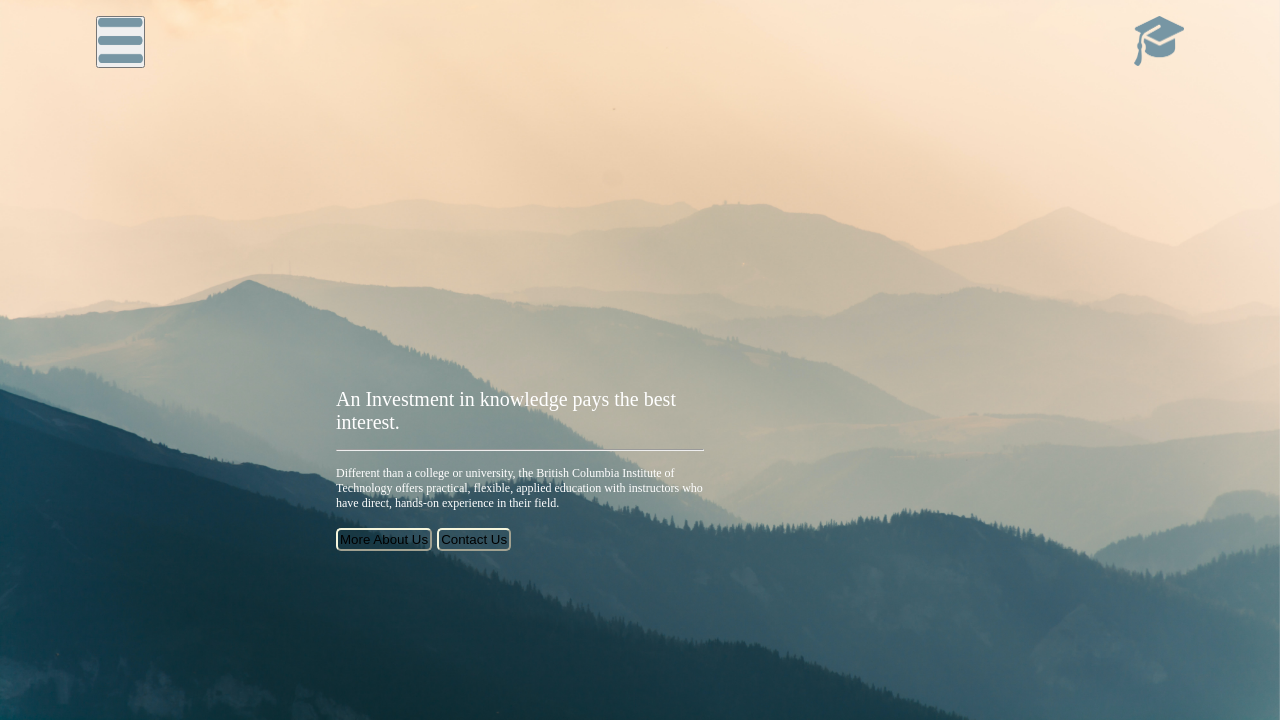
Repository: anoncoderin/assignment01-withCarousel-Madhu
Page: /
The author's editor kept a copy of each file at every save. The page is drawn from the files as they stood at one save, then again after the next save.
The browser window is 1280 px wide. The pictures show the whole page.
The project was rebuilt for these pictures with package versions that can differ from the ones it lists, and the page was loaded fresh each time. The framework's server and built-in components were replaced by stand-ins that run in the browser. Also part of the build but not shown: next.config.js.

Above is the page before, as saved 2023-02-01 22:37:55.

### pages/index.js
import Head from 'next/head'
import Image from 'next/image'
import { Inter } from '@next/font/google'
import styles from '@/styles/Home.module.css'
import Link from 'next/link'


const inter = Inter({ subsets: ['latin'] });
const Myimage = (props) => {
  return (
    <Image src='/images/backgroundMountain.jpg' fill='true' />
  )
}


export default function Home() {
  return (
    <>
      <Head>
        <title>Create Next App</title>
        <meta name="description" content="Generated by create next app" />
        <meta name="viewport" content="width=device-width, initial-scale=1" />
        <link rel="icon" href="/favicon.ico" />
      </Head>



      <div className={styles.backimage}>
        <Image src='/images/backgroundMountain.jpg' fill='true' />
      </div>
      <main className={styles.main}>
        <div className={styles.info}>
          <div className={styles.nav}>
            <button className={styles.menubar}><Image src='/images/icons/icons/menu-icon.png' height={45} width={45}></Image></button>
            <Image src='/images/favicon/favicon.png' height={50} width={50}></Image>

          </div>
          <div className={styles.container}>
            <p className={styles.info}>
              An Investment in knowledge pays the best interest.
            </p>
            <hr/>
            <p className={styles.smallp}>Different than a college or university, the British Columbia Institute of
            Technology offers practical, flexible, applied education with instructors who have direct,
            hands-on experience in their field.</p>
            <div className={styles.buttonlink}>
            <Link href="about"><button className={styles.button}>More About Us</button></Link>
            <Link href="contact"><button className={styles.button}>Contact Us</button></Link>

          </div>
          </div>
        </div>



      </main>

    </>
  )
}

### styles/Home.module.css
.main {
  display: flex;
  flex-direction: column;
  justify-content: space-between;
  padding: 1rem;
  min-height: 100vh;
}

.backimage{
  z-index: -1;
        position:fixed;
        width: 100vw;
        height: 100vh;
}

.nav{
  display: flex;
  flex-direction: row;
  justify-content: space-between;
  padding-left: 5rem;
  padding-right: 5rem;
}

.info{
  display: flex;
  flex-direction: column;
  font-family: 'Times New Roman', Times, serif;
  font-size: 20px;
  font-weight: 300;
  color: white;

}

.container{
  display: flex;
  flex-direction: column;
  padding-left: 20rem;
  padding-top: 20rem;
  padding-right: 35rem;
  gap: 15px;
}

.smallp{
  font-size: 12px;
}

.button{
  padding: 2px;
  background-color: transparent;
  border-radius: 5px;
  border-color: beige;
}
.button:hover{
  background-color: beige;
}
.buttonlink{
  display: flex;
  flex-direction: row;
  gap: 5px;
}
.menubar{

}



/*old CSS*/

.description {
  display: inherit;
  justify-content: inherit;
  align-items: inherit;
  font-size: 0.85rem;
  max-width: var(--max-width);
  width: 100%;
  z-index: 2;
  font-family: var(--font-mono);
}

.description a {
  display: flex;
  justify-content: center;
  align-items: center;
  gap: 0.5rem;
}

.description p {
  position: relative;
  margin: 0;
  padding: 1rem;
  background-color: rgba(var(--callout-rgb), 0.5);
  border: 1px solid rgba(var(--callout-border-rgb), 0.3);
  border-radius: var(--border-radius);
}

.code {
  font-weight: 700;
  font-family: var(--font-mono);
}

.grid {
  display: grid;
  grid-template-columns: repeat(4, minmax(25%, auto));
  width: var(--max-width);
  max-width: 100%;
}

.card {
  padding: 1rem 1.2rem;
  border-radius: var(--border-radius);
  background: rgba(var(--card-rgb), 0);
  border: 1px solid rgba(var(--card-border-rgb), 0);
  transition: background 200ms, border 200ms;
}

.card span {
  display: inline-block;
  transition: transform 200ms;
}

.card h2 {
  font-weight: 600;
  margin-bottom: 0.7rem;
}

.card p {
  margin: 0;
  opacity: 0.6;
  font-size: 0.9rem;
  line-height: 1.5;
  max-width: 30ch;
}

.center {
  display: flex;
  justify-content: center;
  align-items: center;
  position: relative;
  padding: 4rem 0;
}

.center::before {
  background: var(--secondary-glow);
  border-radius: 50%;
  width: 480px;
  height: 360px;
  margin-left: -400px;
}

.center::after {
  background: var(--primary-glow);
  width: 240px;
  height: 180px;
  z-index: -1;
}

.center::before,
.center::after {
  content: '';
  left: 50%;
  position: absolute;
  filter: blur(45px);
  transform: translateZ(0);
}

.logo,
.thirteen {
  position: relative;
}

.thirteen {
  display: flex;
  justify-content: center;
  align-items: center;
  width: 75px;
  height: 75px;
  padding: 25px 10px;
  margin-left: 16px;
  transform: translateZ(0);
  border-radius: var(--border-radius);
  overflow: hidden;
  box-shadow: 0px 2px 8px -1px #0000001a;
}

.thirteen::before,
.thirteen::after {
  content: '';
  position: absolute;
  z-index: -1;
}

/* Conic Gradient Animation */
.thirteen::before {
  animation: 6s rotate linear infinite;
  width: 200%;
  height: 200%;
  background: var(--tile-border);
}

/* Inner Square */
.thirteen::after {
  inset: 0;
  padding: 1px;
  border-radius: var(--border-radius);
  background: linear-gradient(
    to bottom right,
    rgba(var(--tile-start-rgb), 1),
    rgba(var(--tile-end-rgb), 1)
  );
  background-clip: content-box;
}

/* Enable hover only on non-touch devices */
@media (hover: hover) and (pointer: fine) {
  .card:hover {
    background: rgba(var(--card-rgb), 0.1);
    border: 1px solid rgba(var(--card-border-rgb), 0.15);
  }

  .card:hover span {
    transform: translateX(4px);
  }
}

@media (prefers-reduced-motion) {
  .thirteen::before {
    animation: none;
  }

  .card:hover span {
    transform: none;
  }
}

/* Mobile */
@media (max-width: 700px) {
  .content {
    padding: 4rem;
  }

  .grid {
    grid-template-columns: 1fr;
    margin-bottom: 120px;
    max-width: 320px;
    text-align: center;
  }

  .card {
    padding: 1rem 2.5rem;
  }

  .card h2 {
    margin-bottom: 0.5rem;
  }

  .center {
    padding: 8rem 0 6rem;
  }

  .center::before {
    transform: none;
    height: 300px;
  }

  .description {
    font-size: 0.8rem;
  }

  .description a {
    padding: 1rem;
  }

  .description p,
  .description div {
    display: flex;
    justify-content: center;
    position: fixed;
    width: 100%;
  }

  .description p {
    align-items: center;
    inset: 0 0 auto;
    padding: 2rem 1rem 1.4rem;
    border-radius: 0;
    border: none;
    border-bottom: 1px solid rgba(var(--callout-border-rgb), 0.25);
    background: linear-gradient(
      to bottom,
      rgba(var(--background-start-rgb), 1),
      rgba(var(--callout-rgb), 0.5)
    );
    background-clip: padding-box;
    backdrop-filter: blur(24px);
  }

  .description div {
    align-items: flex-end;
    pointer-events: none;
    inset: auto 0 0;
    padding: 2rem;
    height: 200px;
    background: linear-gradient(
      to bottom,
      transparent 0%,
      rgb(var(--background-end-rgb)) 40%
    );
    z-index: 1;
  }
}

/* Tablet and Smaller Desktop */
@media (min-width: 701px) and (max-width: 1120px) {
  .grid {
    grid-template-columns: repeat(2, 50%);
  }
}

@media (prefers-color-scheme: dark) {
  .vercelLogo {
    filter: invert(1);
  }

  .logo,
  .thirteen img {
    filter: invert(1) drop-shadow(0 0 0.3rem #ffffff70);
  }
}

@keyframes rotate {
  from {
    transform: rotate(360deg);
  }
  to {
    transform: rotate(0deg);
  }
}

Loaded but not shown: pages/_app.js (common file); pages/_document.js (common file); styles/globals.css (common file)

After the next save:
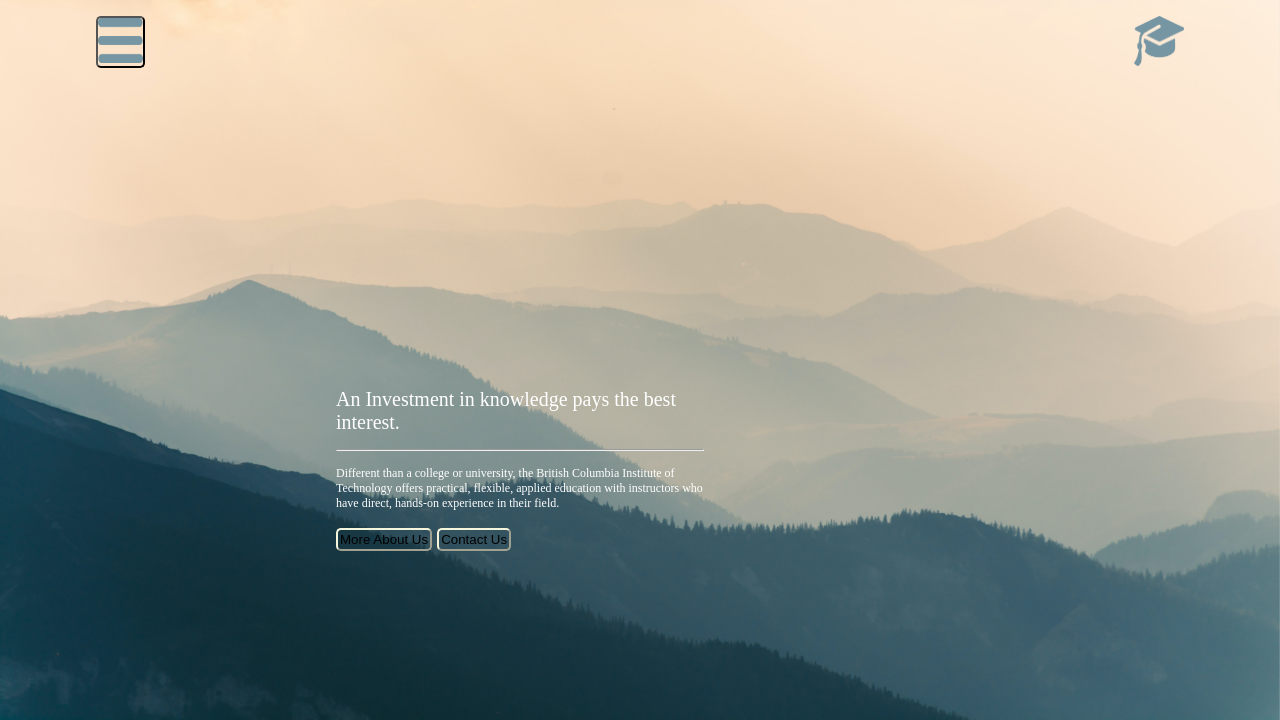
Saved 31 s later.
--- a/styles/Home.module.css
+++ b/styles/Home.module.css
@@ -59,7 +59,8 @@
   gap: 5px;
 }
 .menubar{
-
+  background-color: transparent;
+  border-radius: 5px;
 }
 
 
